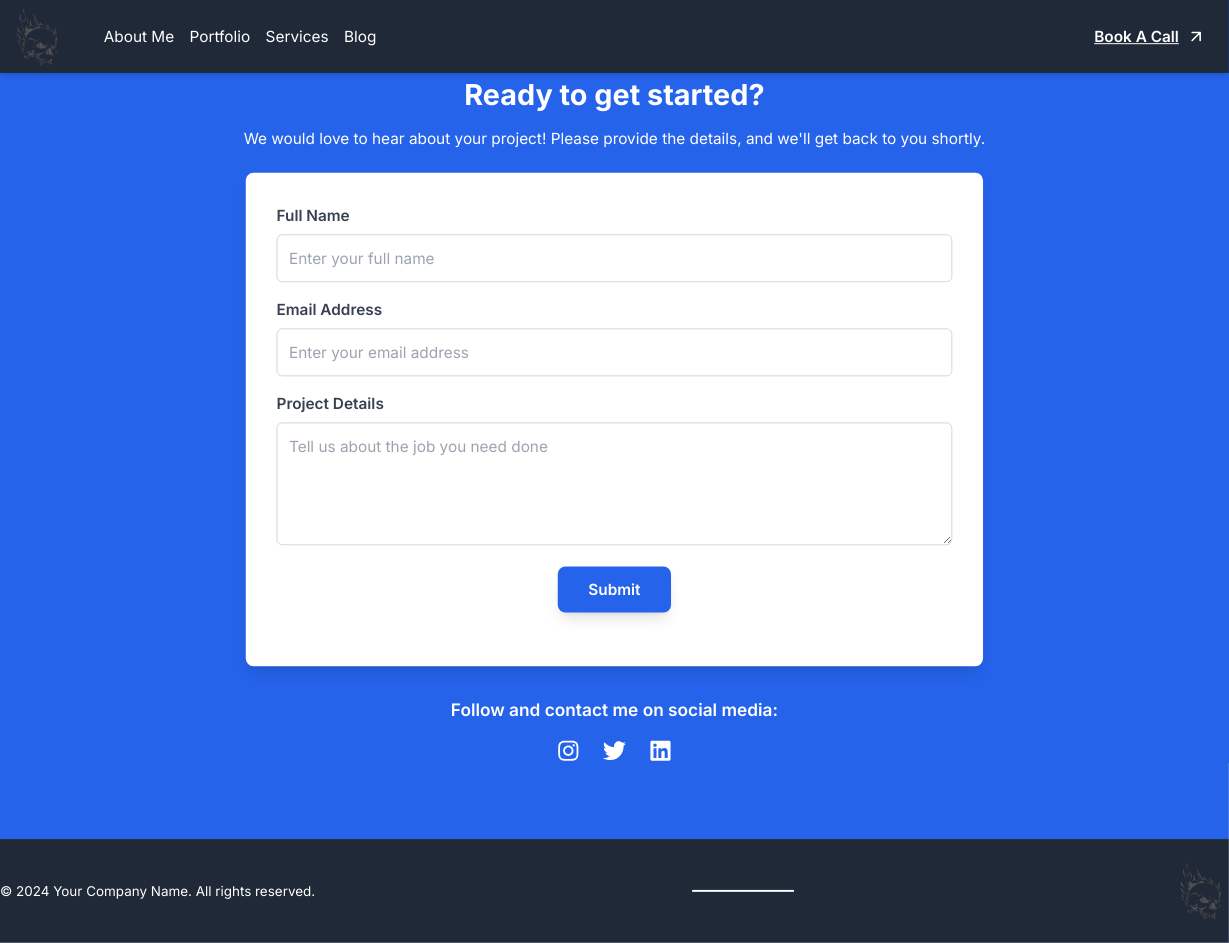
Repository: TheSecretlifeOfX/landing1
Page: /CallToAction
These files come from the project's save history. The page is drawn as it stood at one moment and after the next save; the edit follows.
The browser window is 1280 px wide. The pictures show the whole page, at 96% of full size.
The project was rebuilt for these pictures with package versions that can differ from the ones it lists, and the page was loaded fresh each time. The framework's server and built-in components were replaced by stand-ins that run in the browser. Also part of the build but not shown: next.config.js.

Above is the page before, as saved 2024-11-14 17:12:30.

After the next save:
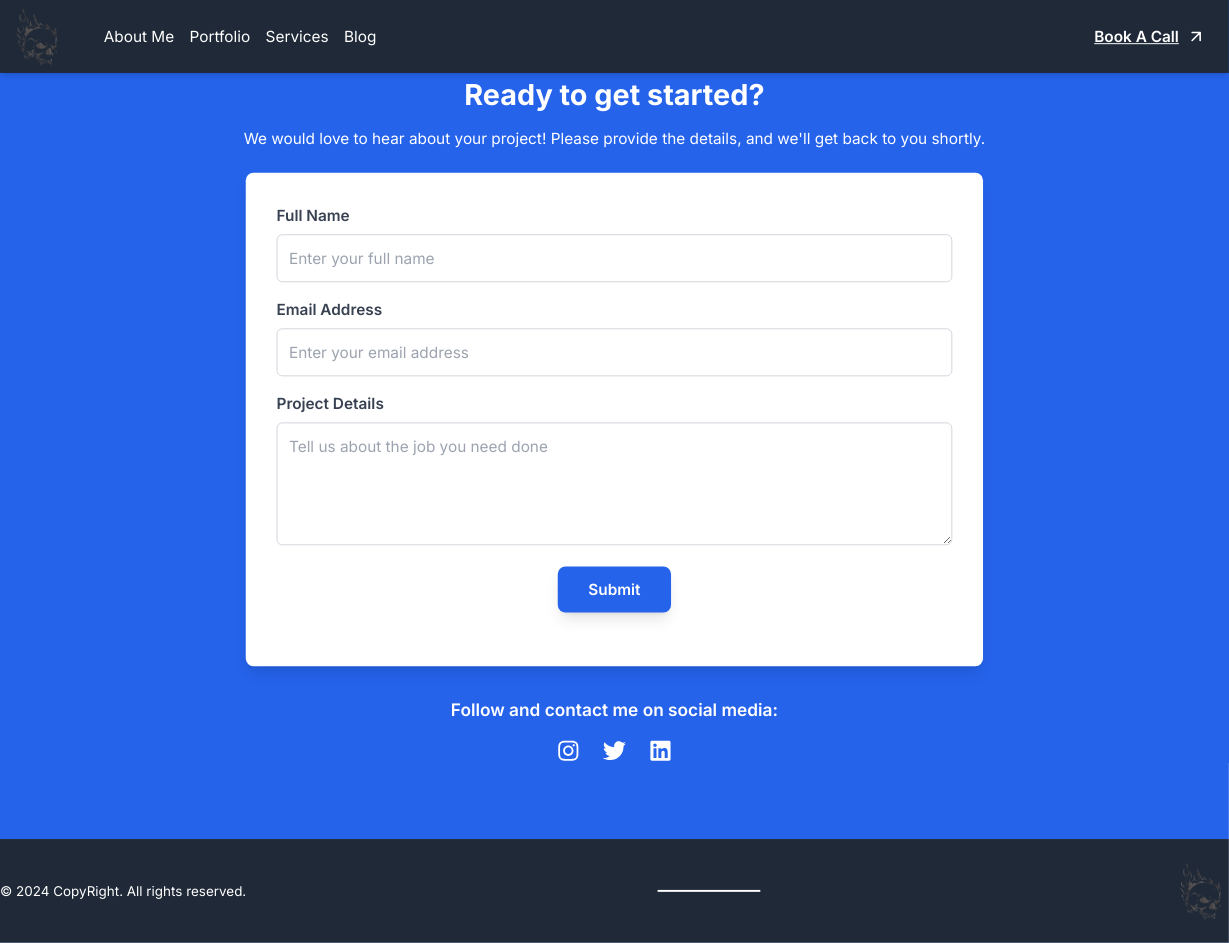
Saved 51 s later.
--- a/app/components/Footer.tsx
+++ b/app/components/Footer.tsx
@@ -7,7 +7,7 @@ export default function Footer() {
       <div className="container mx-auto flex justify-between items-center">
         {/* Copyright Notice on the Left */}
         <div className="text-sm">
-          <p>&copy; 2024 Your Company Name. All rights reserved.</p>
+          <p>&copy; 2024 CopyRight. All rights reserved.</p>
         </div>
 
         {/* Double Line Divider */}
@@ -16,7 +16,7 @@ export default function Footer() {
         {/* Logo on the Right */}
         <div>
           <Image
-            src="/Images/Logo.png" // Replace with your logo path
+            src="/Images/Logo.png"
             alt="Logo"
             width={60}
             height={60}
